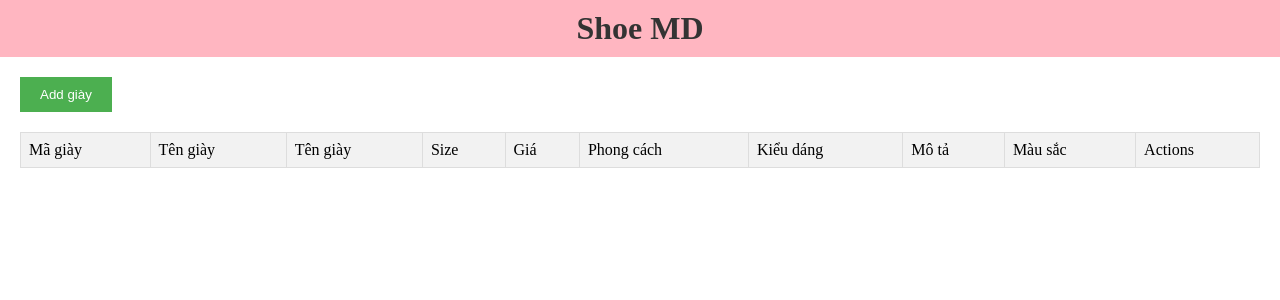
Repository: longsoisuaxe1a/shoe-md
Page: http://localhost/Project_Shoe/WEB-INF/view/admin-giay-manager.jsp
These files come from the project's save history. The page is drawn as it stood at one moment and after the next save; the edit follows.
The browser window is 1280 px wide. The pictures show the whole page.
The page is served by Tomcat 9. Nobody is signed in. Other server files are loaded and not shown. The template is opened directly, without the code that normally fills it, so the values that code supplies are empty.

Above is the page before, as saved 2023-12-20 09:12:11.

### Project_Shoe/src/main/webapp/WEB-INF/view/admin-giay-manager.jsp
<%@ page language="java" contentType="text/html; charset=UTF-8"
    pageEncoding="UTF-8"%>
    <%@ taglib prefix="c" uri="http://java.sun.com/jsp/jstl/core"%>
<%@ taglib prefix="form" uri="http://www.springframework.org/tags/form"%>
<!DOCTYPE html>
<html>
<head>
<meta charset="UTF-8">
<title>admin-loaigiay-manager</title>
<style type="text/css">
        /* Reset some default margin and padding for consistent styling */
body, h1, h2, p, div, table, tr, td {
    margin: 0;
    padding: 0;
}

/* Apply some basic styling to the header section */
.ten-shop {
    background-color: #ffb6c1; /* Pastel pink background color */
    color: #333; /* Example text color */
    padding: 10px; /* Example padding */
    text-align: center; /* Center text */
}

/* Style the main content section */
.container {
    margin: 20px; /* Example margin */
}

/* Style the "Add Thương hiệu" button */
input[type="button"] {
    background-color: #4CAF50; /* Example button color */
    color: #fff; /* Example text color */
    padding: 10px 20px; /* Example padding */
    border: none; /* Remove border */
    cursor: pointer;
}

/* Style the table */
table {
    width: 100%;
    border-collapse: collapse;
    margin-top: 20px; /* Example margin */
}

/* Style the table header row */
table tr {
    background-color: #f2f2f2; /* Example background color */
}

/* Style the table cells */
table td {
    border: 1px solid #ddd; /* Example border color */
    padding: 8px; /* Example padding */
}

    </style>
</head>
<body>
	<div class="ten-shop">
        <h1>Shoe MD</h1>
    </div>
    <div class="container">
        <input type="button" value="Add giày" onclick="window.location.href='admin-form-add-giay';return false">
        <table>
            <tr>
                <td>Mã giày</td>
                <td>Tên giày</td>
                <td>Tên giày</td>
                <td>Size</td>
                <td>Giá</td>
                <td>Phong cách</td>
                <td>Kiểu dáng</td>
                <td>Mô tả</td>
                <td>Màu sắc</td>
                <td>Actions</td>
            </tr>
            <c:forEach var="th" items="${giays }">
            <c:url var="deleteLink" value="/admin/deleteGiay" >
            	<c:param name="maGiay" value="${th.maGiay }"></c:param>
            </c:url>
            <c:url var="updateLink" value="/admin/admin-form-update-loaigiay" >
            	<c:param name="maGiay" value="${th.maGiay }"></c:param>
            </c:url>
            	<tr>
            		<td>${th.maLoai }</td>
            		<td>${th.tenLoai }</td>
            		<td>
            			<a href="${deleteLink }" onclick="if(!(confirm('Bạn có muốn xóa loại giày này không?'))) return false">delete</a>
            			<a href="${updateLink }">update</a>
            		</td>
            	</tr>
            </c:forEach>
        </table>
    </div>
</body>
</html>

After the next save:
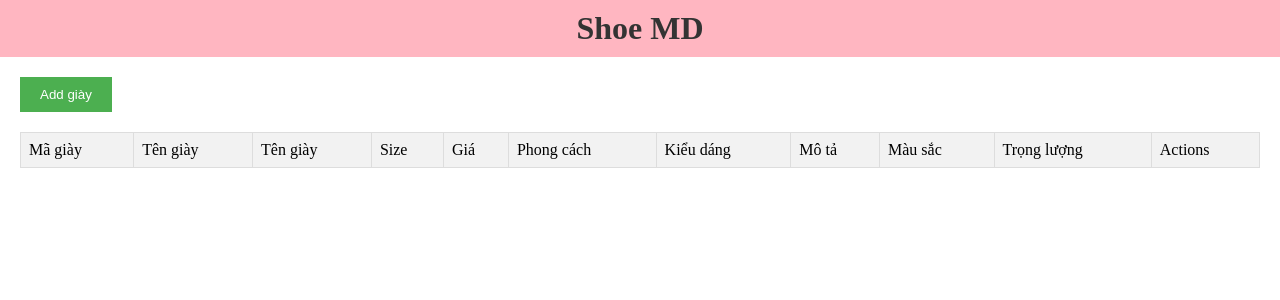
Saved 9 s later.
--- a/Project_Shoe/src/main/webapp/WEB-INF/view/admin-giay-manager.jsp
+++ b/Project_Shoe/src/main/webapp/WEB-INF/view/admin-giay-manager.jsp
@@ -73,6 +73,7 @@ table td {
                 <td>Kiểu dáng</td>
                 <td>Mô tả</td>
                 <td>Màu sắc</td>
+                <td>Trọng lượng</td>
                 <td>Actions</td>
             </tr>
             <c:forEach var="th" items="${giays }">
